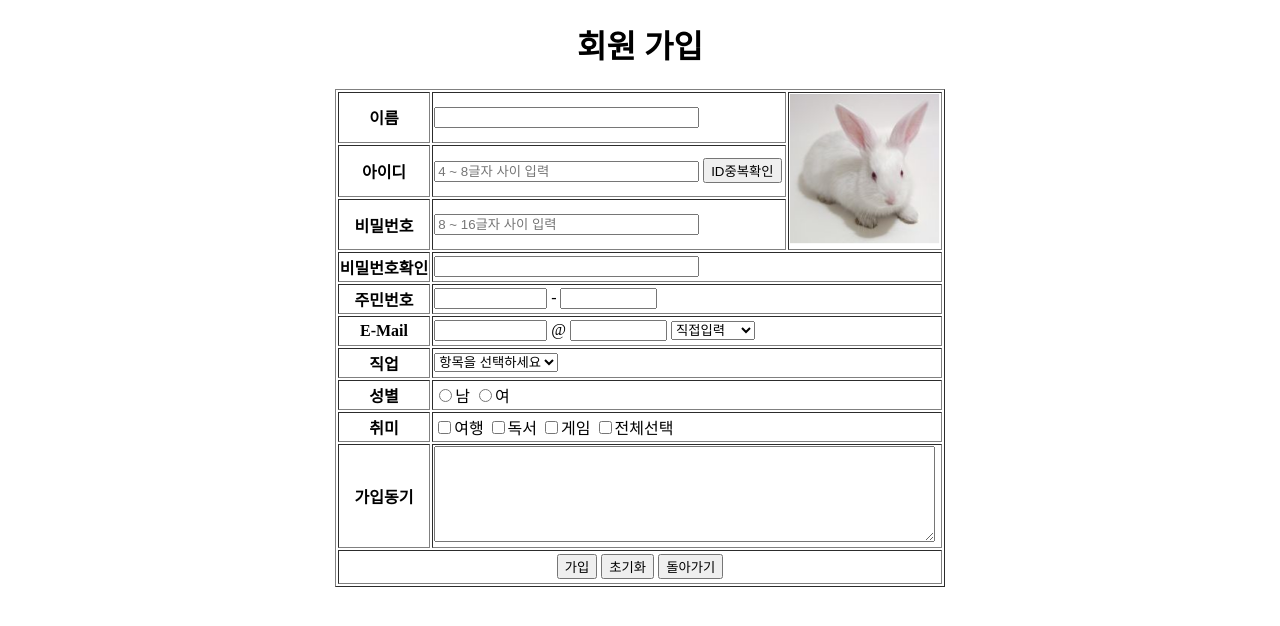
Repository: KimMinseooo/itwillStudy
Page: BACKEND/JSP/workspace_jsp/StudyHTML/src/main/webapp/1025/final_exam.html
These files come from the project's save history. The page is drawn as it stood at one moment and after the next save; the edit follows.
The browser window is 1280 px wide. The pictures show the whole page.

Above is the page before, as saved 2024-10-25 06:26:50.

### BACKEND/JSP/workspace_jsp/StudyHTML/src/main/webapp/1025/final_exam.html
<!DOCTYPE html>
<html>
<head>
<meta charset="UTF-8">
<title>Insert title here</title>
</head>
<body>
	<h1 align="center">회원 가입</h1>

		<table border="1" align="center">
			<form action="final_exam_result.html">

			<tr height="20">
				<td align="center" style="font-weight: bold;">이름</td>
				<td width="350">

				<input type="text" size="30">
				</td>
				<td rowspan="3" width="150" height="150">
				<img alt="" src="../rabbit.png" width="150" height="150">
				</td>
			</tr>
			<tr height="20">
			<td align="center" style="font-weight: bold;">아이디</td>
			<td>
				<input size="30" placeholder="4 ~ 8글자 사이 입력">
				<input type="button" value="ID중복확인">
			</td>
			</tr>
			<tr height="20">
			<td align="center" style="font-weight: bold;">비밀번호</td>
			<td>
				<input  size="30" placeholder="8 ~ 16글자 사이 입력" type="password">
			</td>
			</tr>
			<tr height="30">
			<td align="center" style="font-weight: bold;">비밀번호확인</td>
			<td colspan="2">
				<input type="password" size="30">
			</td>
			</tr>
			<tr height="30">
			<td align="center" style="font-weight: bold;">주민번호</td>
			<td colspan="2">
				<input type="text" size="11"> - <input type="password" size="9">
			</td>
			</tr>
			<tr height="30">
			<td align="center" style="font-weight: bold;">E-Mail</td>
			<td colspan="2">
				<input type="text" size="11"> @ <input type="text" size="9">
				<select>
					<option >직접입력</option>
					<option>naver.com</option>
					<option>gmail.com</option>
					<option>nate.com</option>
				</select>
			</td>
			</tr>

			<tr height="30">
			<td align="center" style="font-weight: bold;">직업</td>
			<td colspan="2">
				<select>
					<option>항목을 선택하세요</option>
					<option>개발자</option>
					<option>DB엔지니어</option>
				</select>
			</td>
			</tr>
			<tr height="30">
			<td align="center" style="font-weight: bold;">성별</td>
			<td colspan="2">
				<input type="radio" name="gender" id= "male"><label for="male">남</label>
				<input type="radio" name="gender" id= "female"><label for="female">여</label>
			</td>
			</tr>

			<tr height="30">
			<td align="center" style="font-weight: bold;">취미</td>
			<td colspan="2">
				<input type="checkbox" name="hobby" id="hobby1"><label for="hobby1">여행</label>
				<input type="checkbox" name="hobby" id="hobby2"><label for="hobby2">독서</label>
				<input type="checkbox" name="hobby" id="hobby3"><label for="hobby3">게임</label>
				<input type="checkbox" name="hobby" id="hobby4"><label for="hobby4">전체선택</label>

			</td>
			</tr>
			<tr height="30">
			<td align="center" style="font-weight: bold;">가입동기</td>
			<td colspan="2">
				<textarea rows="6" cols="60" ></textarea>
			</td>
			</tr>
			<tr height="30">
			<td colspan="3" width="200" height="30" align="center">
				<input type="submit" value="가입" >
				<input type="reset" value="초기화">
				<input type="button" value="돌아가기">
			</td>
			</tr>
			</form>
		</table>

</body>
</html>

After the next save:
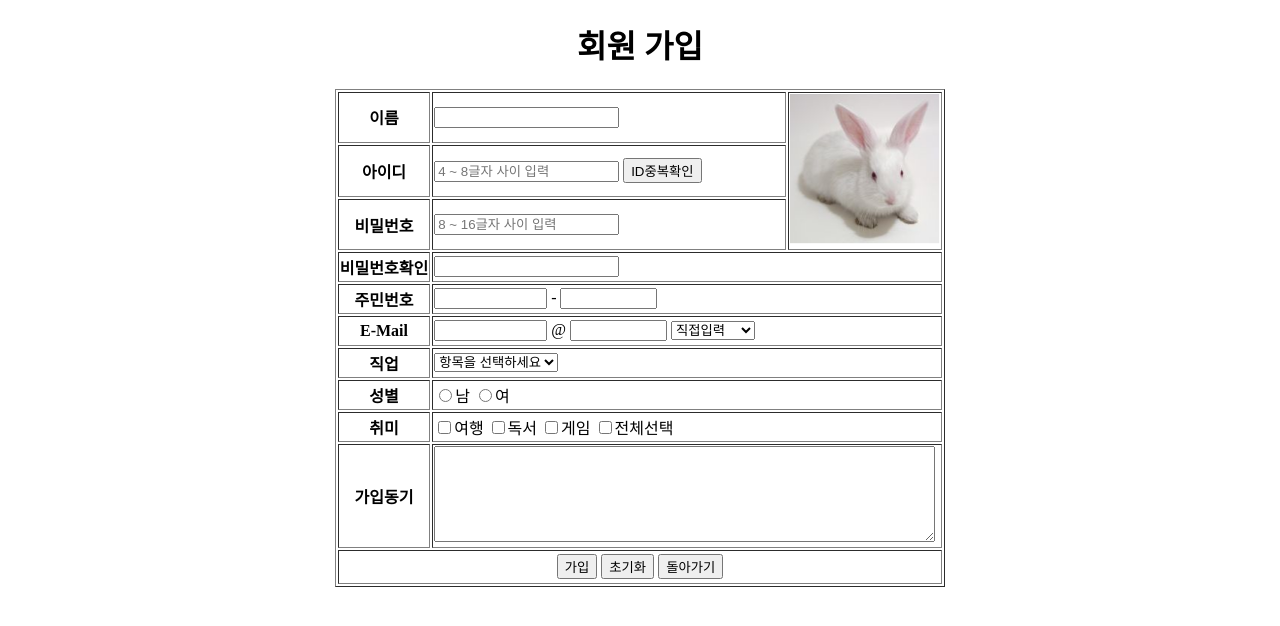
Saved 14 s later.
--- a/BACKEND/JSP/workspace_jsp/StudyHTML/src/main/webapp/1025/final_exam.html
+++ b/BACKEND/JSP/workspace_jsp/StudyHTML/src/main/webapp/1025/final_exam.html
@@ -14,7 +14,7 @@
 				<td align="center" style="font-weight: bold;">이름</td>
 				<td width="350">
 
-				<input type="text" size="30">
+				<input type="text">
 				</td>
 				<td rowspan="3" width="150" height="150">
 				<img alt="" src="../rabbit.png" width="150" height="150">
@@ -23,20 +23,20 @@
 			<tr height="20">
 			<td align="center" style="font-weight: bold;">아이디</td>
 			<td>
-				<input size="30" placeholder="4 ~ 8글자 사이 입력">
+				<input placeholder="4 ~ 8글자 사이 입력">
 				<input type="button" value="ID중복확인">
 			</td>
 			</tr>
 			<tr height="20">
 			<td align="center" style="font-weight: bold;">비밀번호</td>
 			<td>
-				<input  size="30" placeholder="8 ~ 16글자 사이 입력" type="password">
+				<input placeholder="8 ~ 16글자 사이 입력" type="password">
 			</td>
 			</tr>
 			<tr height="30">
 			<td align="center" style="font-weight: bold;">비밀번호확인</td>
 			<td colspan="2">
-				<input type="password" size="30">
+				<input type="password">
 			</td>
 			</tr>
 			<tr height="30">
